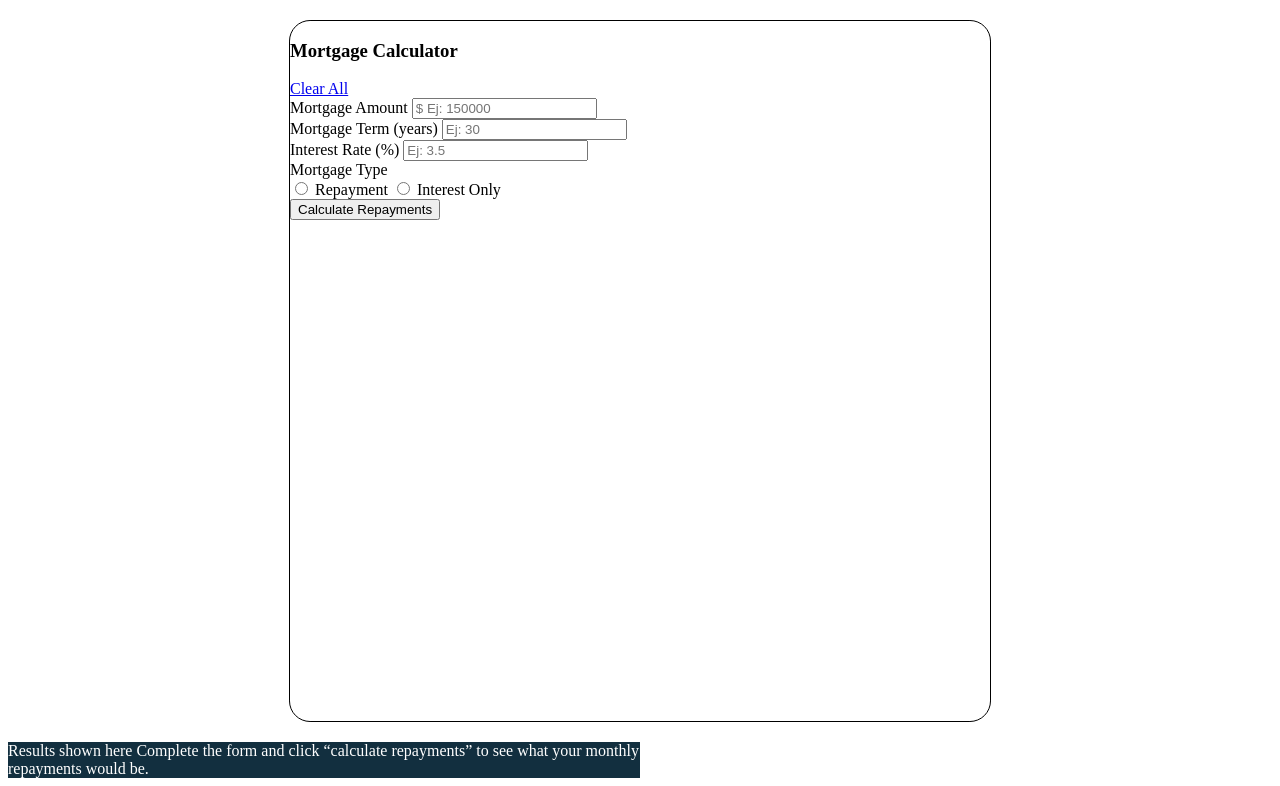
Repository: GravielPV/Mortgage-repayment-calculator
Page: index.html
The author's editor kept a copy of each file at every save. The page is drawn from the files as they stood at one save, then again after the next save.
The browser window is 1280 px wide. The pictures show the whole page.

Above is the page before, as saved 2025-12-11 17:04:33.

After the next save:
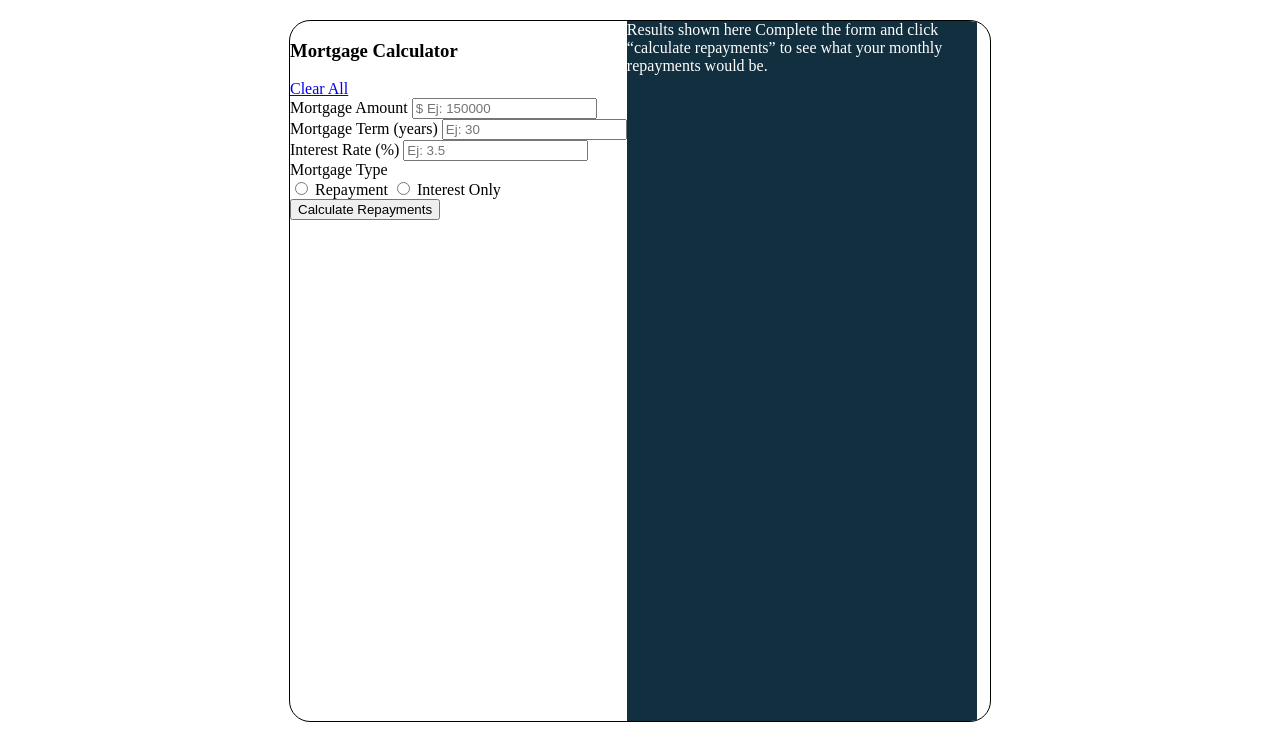
Saved 14 s later.
--- a/index.html
+++ b/index.html
@@ -82,7 +82,7 @@
 
   </div>
 
-</div>
+
 
 
   <!-- Empty results start -->
